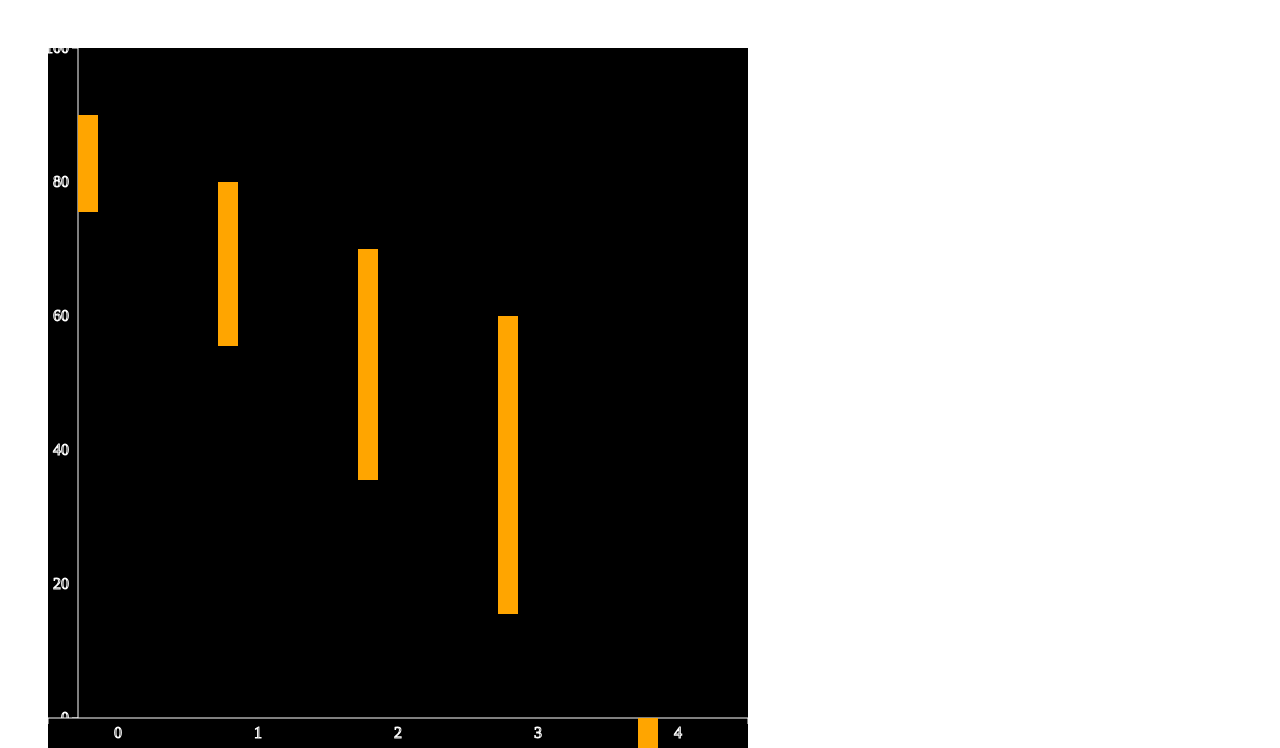
Repository: ajaytech/D3-sample-code
Page: D3 codes/D3Scale.html
The author's editor kept a record of every edit. The page is drawn from the files as they stood at one moment, then again after the next edit.
The browser window is 1280 px wide. The pictures show the whole page.

Above is the page before.

After the next edit:
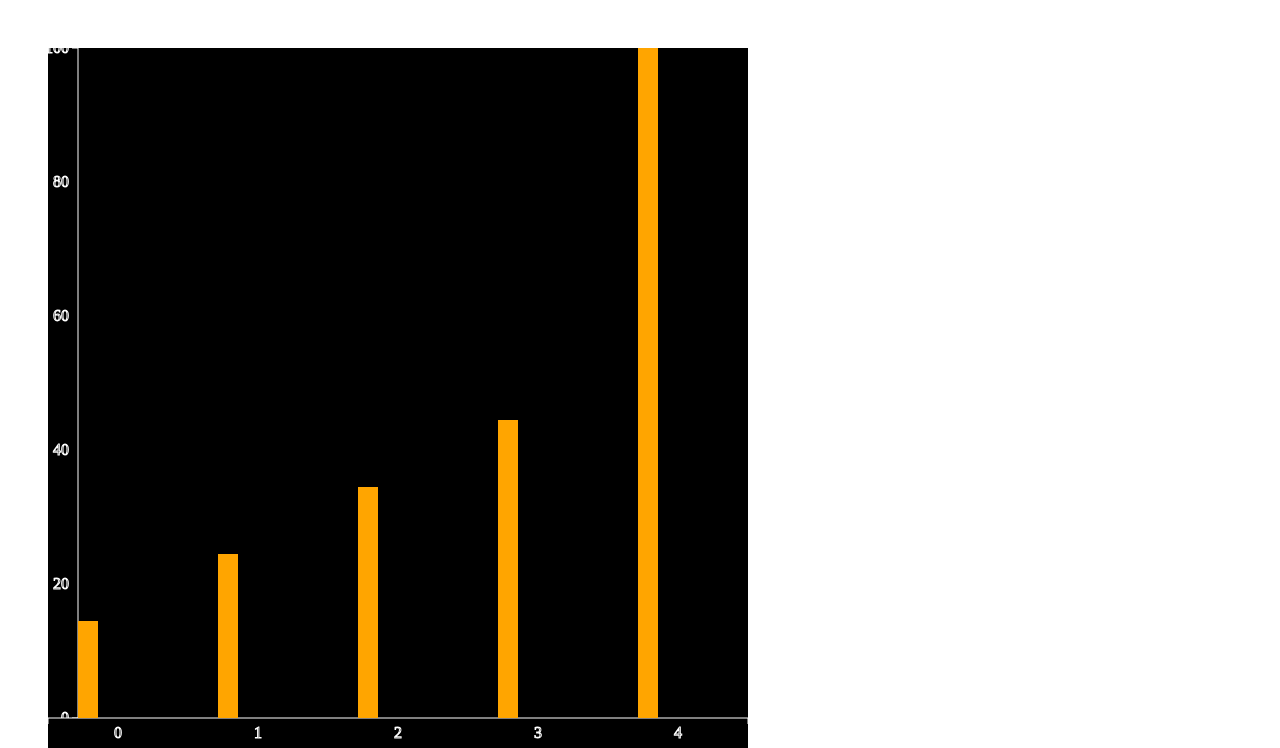
The edit:
--- a/D3 codes/D3Scale.html
+++ b/D3 codes/D3Scale.html
@@ -69,7 +69,7 @@
                 .attr("width","20px")
                 .style("fill","orange")
                 .attr("y",function(d,i){
-                    return  heightSVG-y(d) ;
+                    return y(d) ;
                 })
                 .attr("x",function(d,i){
                     return x(i);
